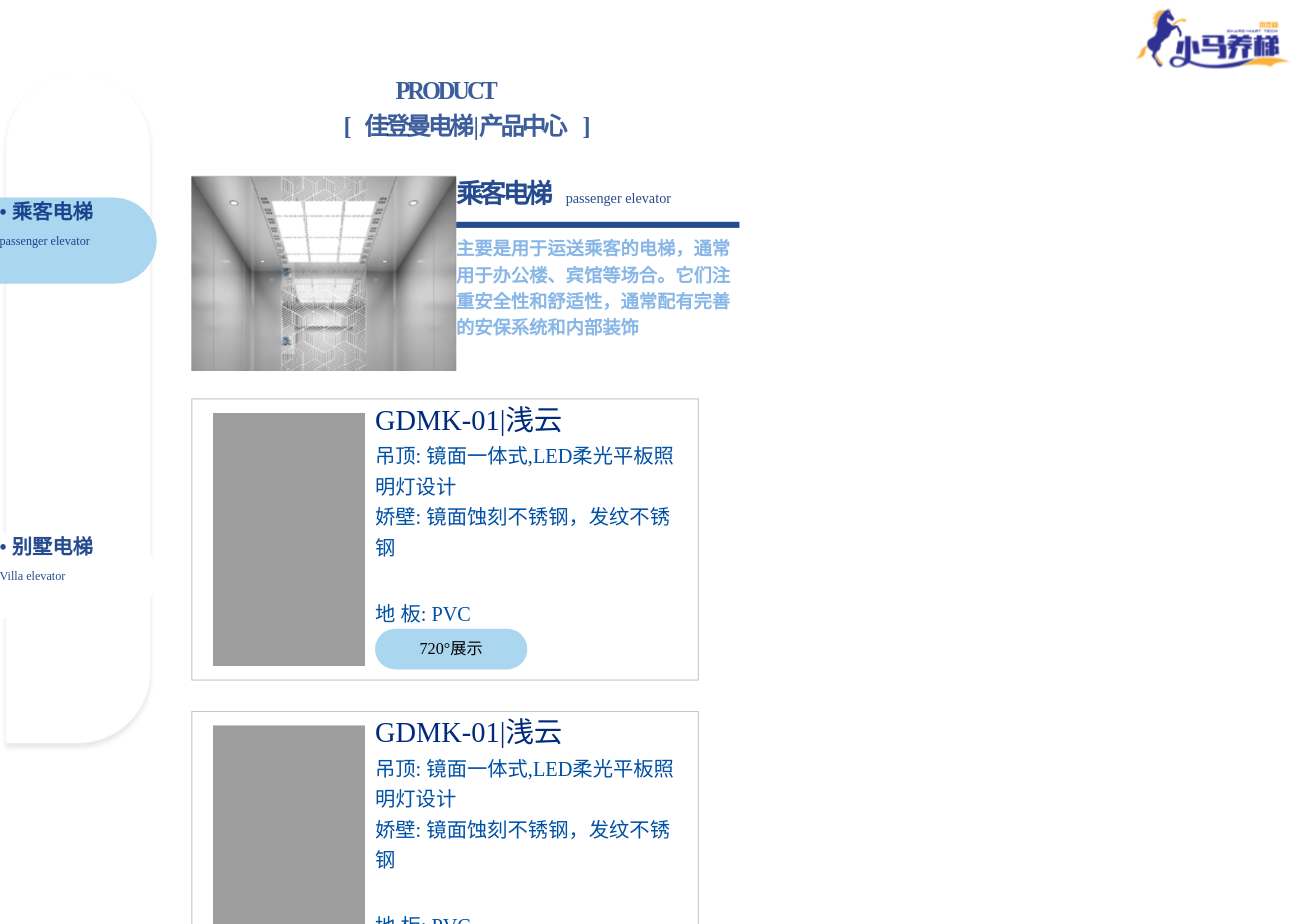
Repository: XIE-code/elevator-ipad
Page: /
These files come from the project's save history. The page is drawn as it stood at one moment and after the next save; the edit follows.
The browser window is 1280 px wide. The page is 1845 px wide, so the pictures cover 1845 px, including what lies to the right of the window. The pictures show the part of the page from y = 0 to 1320 px (the page is 1845 px tall), at 70% of full size.
Pictures or frames that could not be fetched are drawn as grey boxes. The project was rebuilt for these pictures with package versions that can differ from the ones it lists, and the page was loaded fresh each time. Also part of the build but not shown: vue.config.js.

Above is the page before, as saved 2025-03-26 11:09:57.

After the next save:
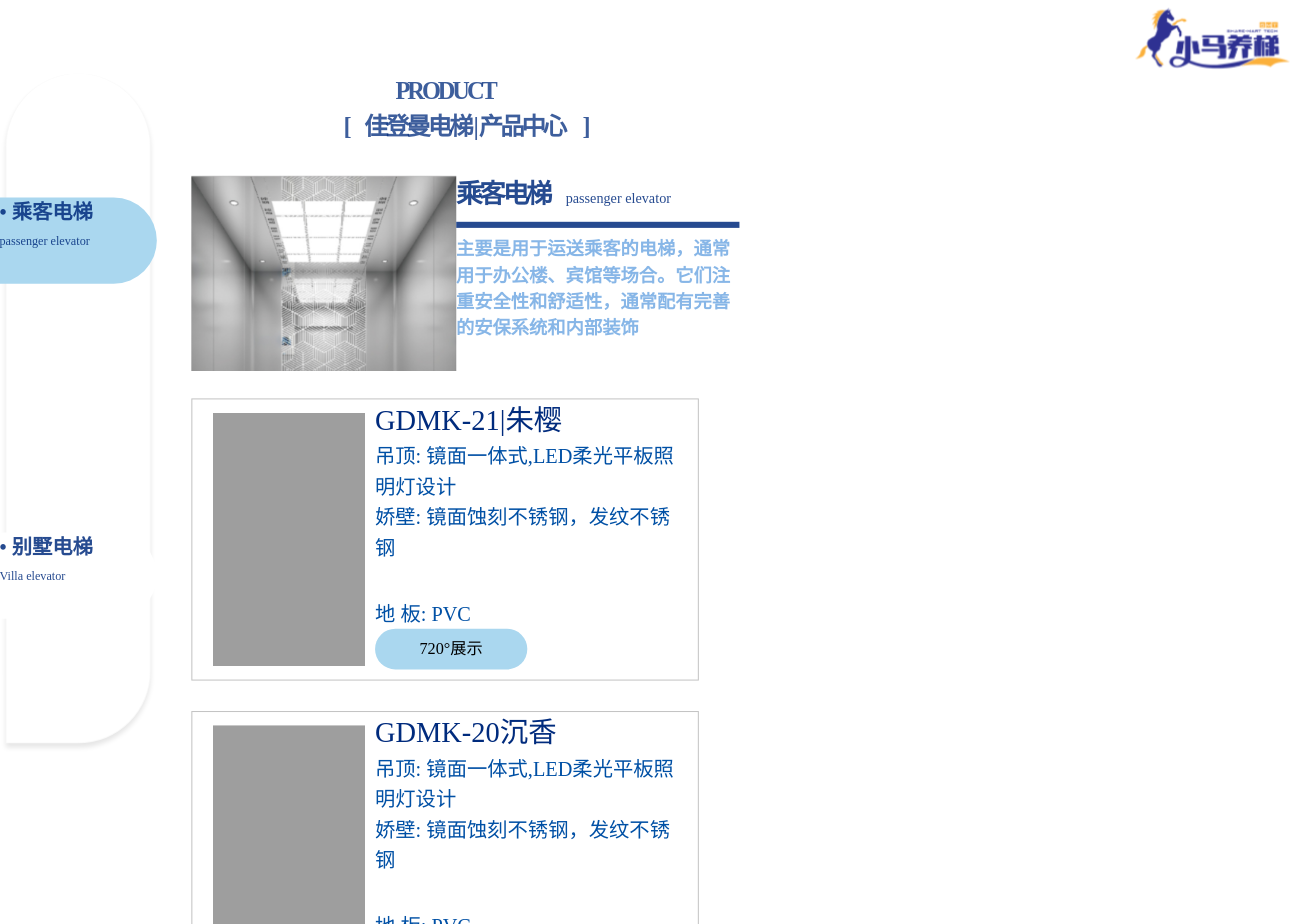
Saved 18 s later.
--- a/src/views/product/ProductView.vue
+++ b/src/views/product/ProductView.vue
@@ -63,7 +63,8 @@
                                 <img :src="list.imgUrl" alt="" />
                             </div>
                             <div class="web-passenger-product-box-text">
-                                <span class="text4">GDMK-01|浅云</span><br />
+                                <span class="text4">{{ list.name }}</span
+                                ><br />
                                 <span class="text5"
                                     >吊顶:&nbsp;镜面一体式,LED柔光平板照明灯设计<br />
                                     娇壁:&nbsp;镜面蚀刻不锈钢，发纹不锈钢</span
